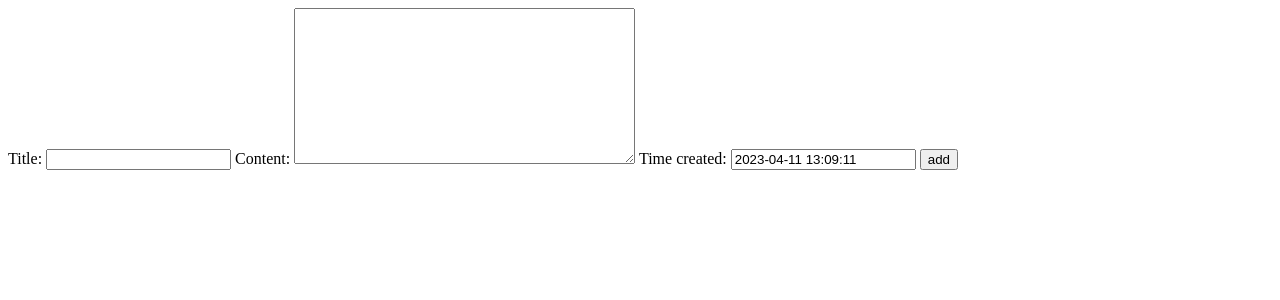
Repository: hoanpham205/DemoDjango
Page: http://localhost/news/add/
An editor plug-in stored every save of this project. The page is shown before and after the next save, followed by the edit.
The browser window is 1280 px wide. The pictures show the whole page.
The page is served by the project's application, run on Django 4.2 (demoform/manage.py). Other server files are loaded and not shown.

Above is the page before, as saved 2023-04-11 15:28:56.

### FormDemo/demoform/news/templates/news/add_news.html
<!DOCTYPE html>
<html lang="en">
<head>
    <meta charset="UTF-8">
    <meta http-equiv="X-UA-Compatible" content="IE=edge">
    <meta name="viewport" content="width=device-width, initial-scale=1.0">
    <title>Document</title>
</head>
<body>
    <form action="" method="post">
        {{ f }}
        <input type="submit" value="add">
    </form>
</body>
</html>

### FormDemo/demoform/news/forms.py
from django import forms
from .models import Post
class PostForm(forms.ModelForm):
    class Meta:
        model = Post
        fields = ('title','content','time_created')

### FormDemo/demoform/news/models.py
from django.db import models
from django.utils import timezone
# Create your models here.
class Post(models.Model):
    title = models.CharField(max_length=255,blank=False,null=False)
    content = models.TextField(max_length=1000,blank=False,null=False)
    time_created = models.DateTimeField(default=timezone.datetime.now)

### FormDemo/demoform/news/views.py
from django.http import HttpResponse
from django.shortcuts import render
from .forms import PostForm

# Create your views here.
def index(request):
    return HttpResponse("hello")
def add_post(request):
    a = PostForm()
    return render(request,'news/add_news.html',{'f':a})

### FormDemo/demoform/demoform/urls.py
"""demoform URL Configuration

The `urlpatterns` list routes URLs to views. For more information please see:
    https://docs.djangoproject.com/en/4.0/topics/http/urls/
Examples:
Function views
    1. Add an import:  from my_app import views
    2. Add a URL to urlpatterns:  path('', views.home, name='home')
Class-based views
    1. Add an import:  from other_app.views import Home
    2. Add a URL to urlpatterns:  path('', Home.as_view(), name='home')
Including another URLconf
    1. Import the include() function: from django.urls import include, path
    2. Add a URL to urlpatterns:  path('blog/', include('blog.urls'))
"""
from django.contrib import admin
from django.urls import path,include

urlpatterns = [
    path('admin/', admin.site.urls),
    path('news/',include('news.urls'))
]

### FormDemo/demoform/news/urls.py

from django.urls import path
from  .import views
urlpatterns = [

    path('',views.index, name='index'),
    path('add/', views.add_post, name='add'),
]

After the next save:
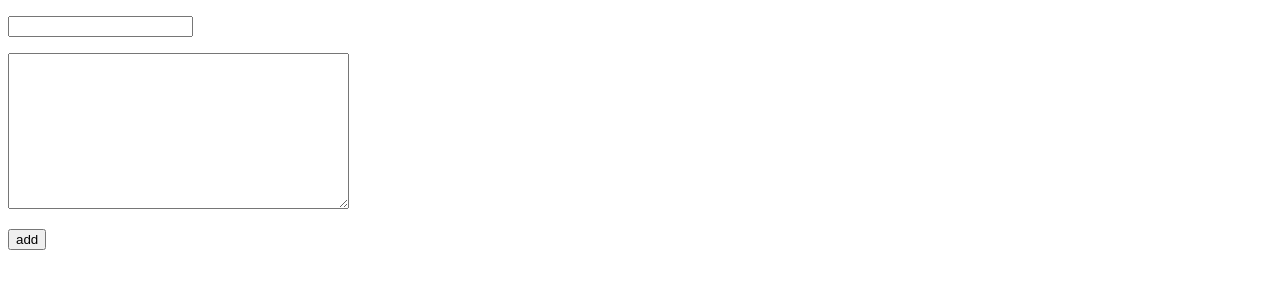
Saved 84 s later.
--- a/FormDemo/demoform/news/templates/news/add_news.html
+++ b/FormDemo/demoform/news/templates/news/add_news.html
@@ -8,7 +8,9 @@
 </head>
 <body>
     <form action="" method="post">
-        {{ f }}
+        <p>{{ f.title }}</p>
+        <p>{{ f.content }}</p>
+
         <input type="submit" value="add">
     </form>
 </body>
